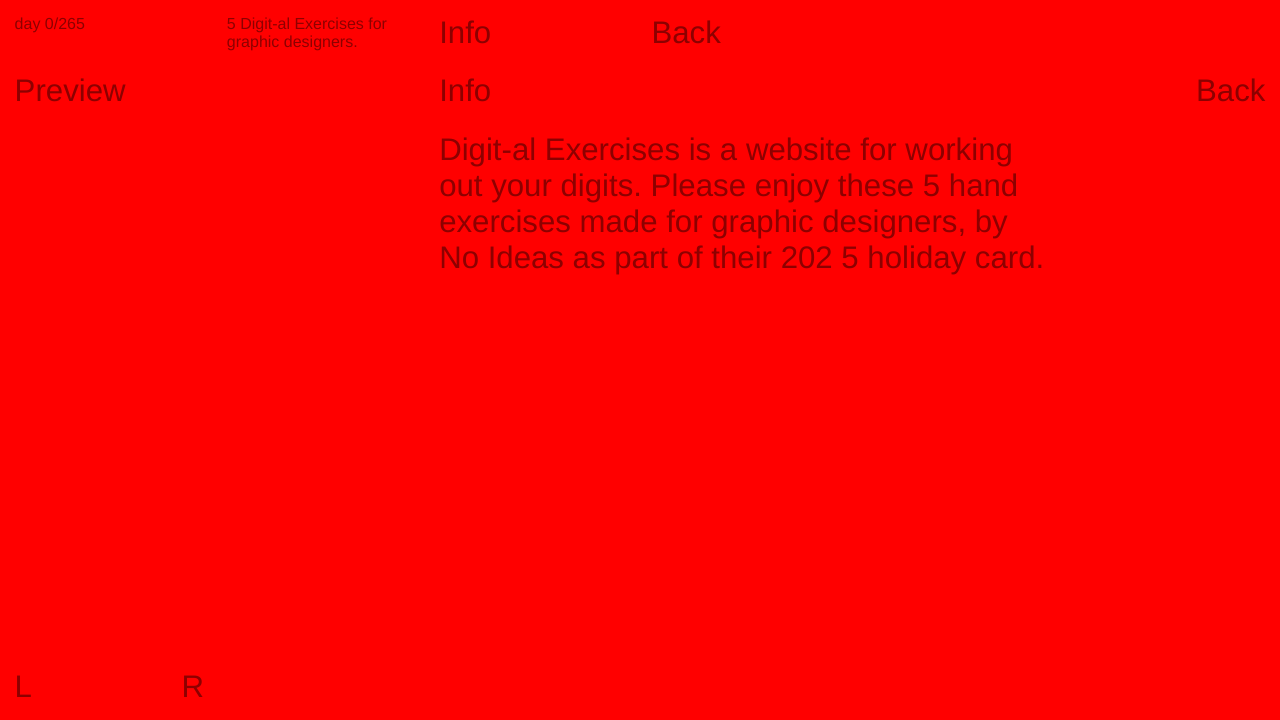
Repository: NoIdeasStudio/holiday-card-2024
Page: info.html
An editor plug-in stored every save of this project. The page is shown before and after a run of saves, followed by the edit.
The browser window is 1280 px wide. The pictures show the whole page.

Above is the page before, as saved 2024-12-12 16:17:59.

After the next 2 saves:
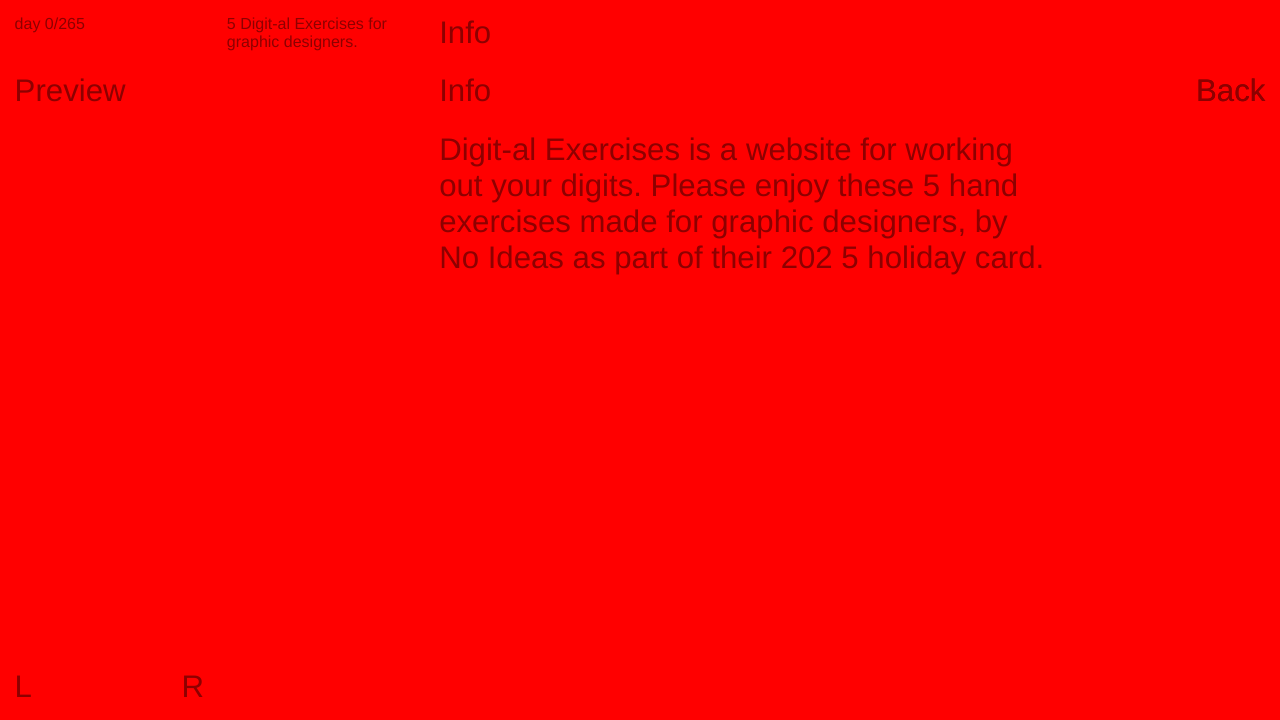
The 2 saves are shown as one change because they came seconds apart.
The last was saved 27 s later.
--- a/style.css
+++ b/style.css
@@ -154,6 +154,11 @@
 
 
   .content-header-4{
+    grid-column: col-start 6 / span 1;
+    grid-row: 2 ;
+    text-align: right;
+  }
+  .content-header-4-mobile{
     grid-column: col-start 6 / span 1;
     grid-row: 2 ;
     text-align: right;
